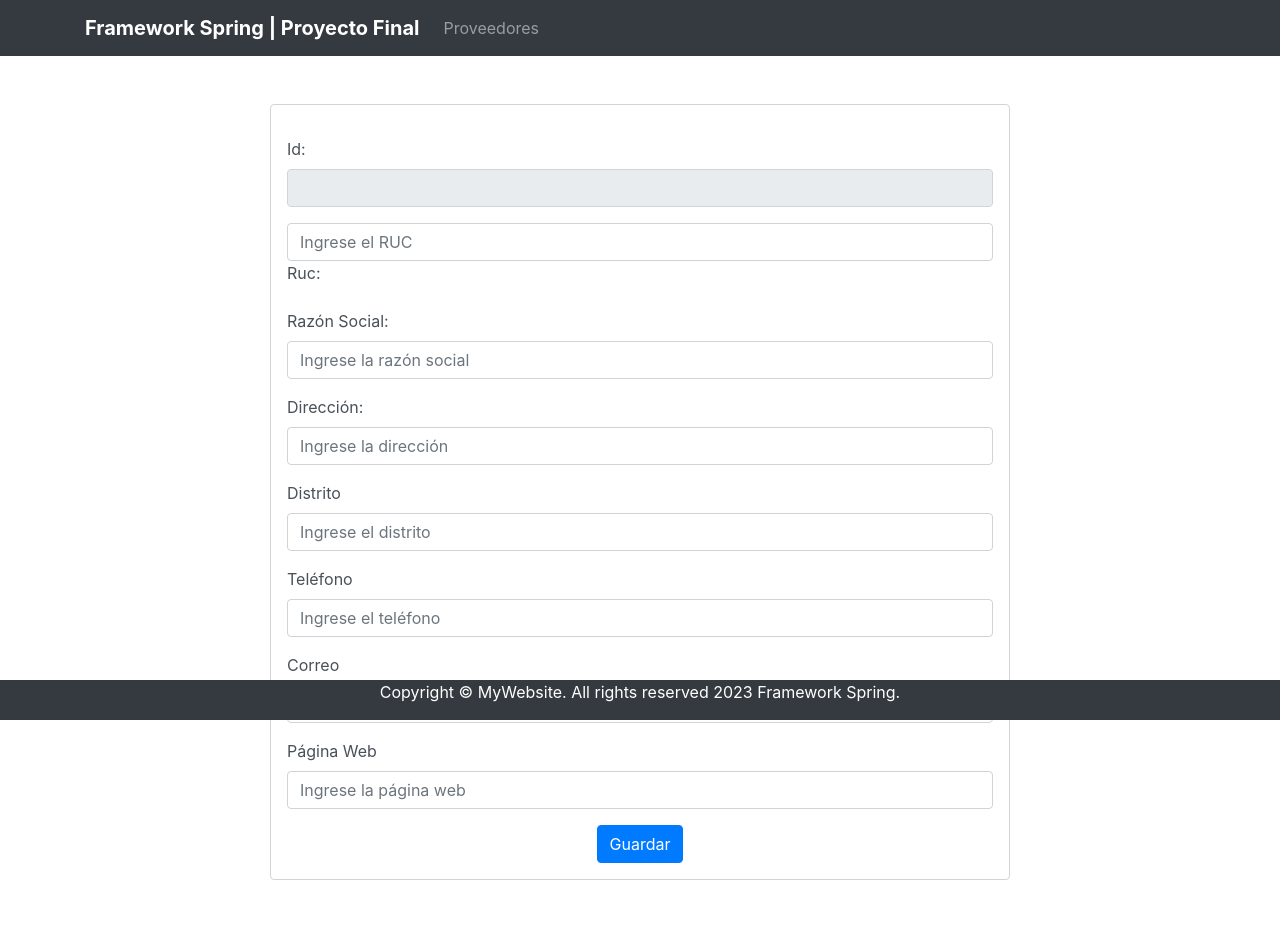
Repository: jeanyantas/proyecto-final-spring
Page: http://localhost/frmEditar
The author's editor kept a copy of each file at every save. The page is drawn from the files as they stood at one save, then again after the next save.
The browser window is 1280 px wide. The pictures show the whole page.
The page is this project's Thymeleaf template; nobody is signed in. The template is opened directly, without the code that normally fills it, so the values that code supplies are empty.

Above is the page before, as saved 2023-01-15 22:01:48.

After the next save:
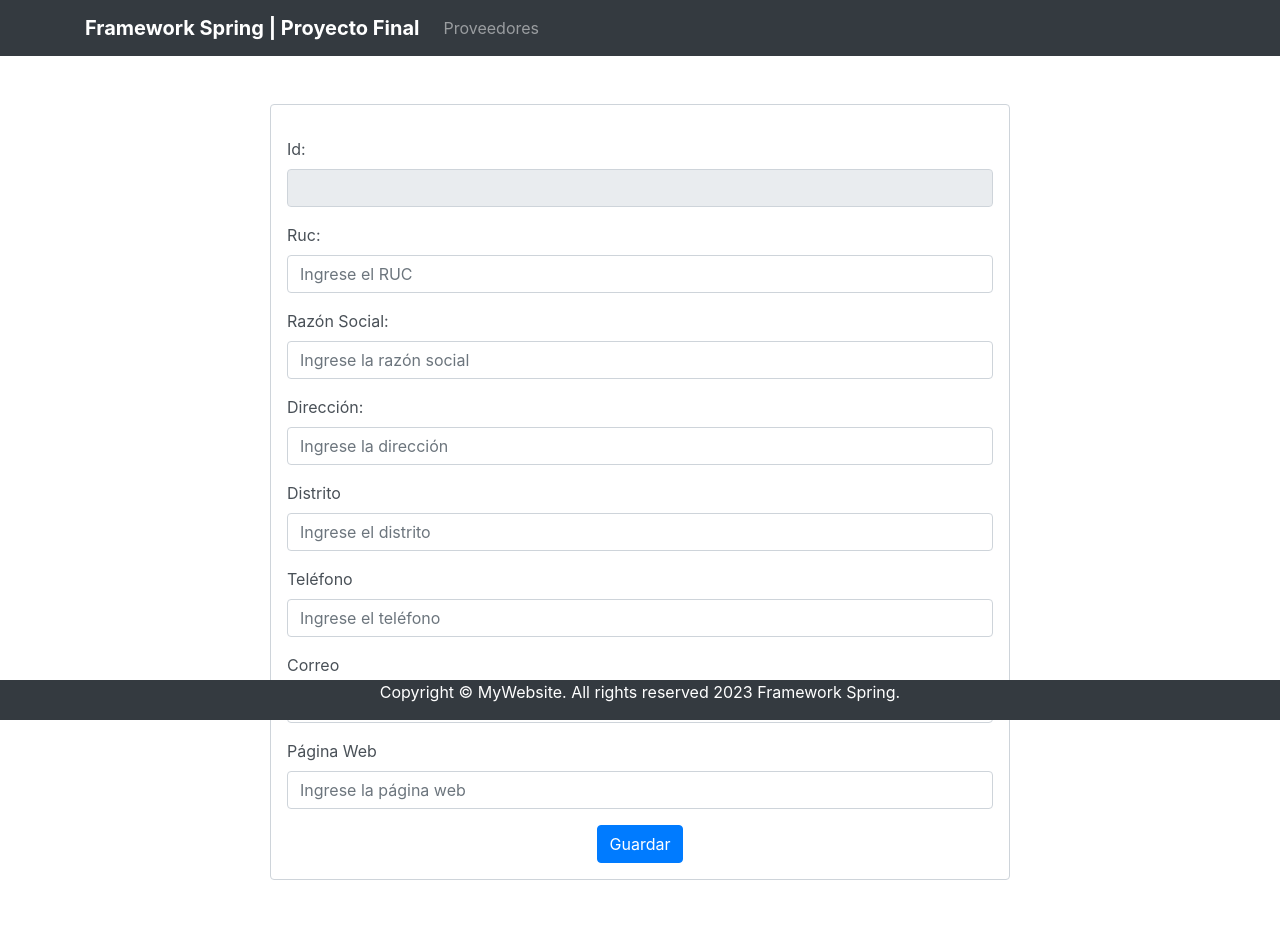
Saved 65 s later.
--- a/moduloProveedor/src/main/resources/templates/frmEditar.html
+++ b/moduloProveedor/src/main/resources/templates/frmEditar.html
@@ -12,9 +12,9 @@
 						<label for="id">Id:</label>
 						<input type="text" readonly th:field="*{id}" class="form-control" id="id">
 					</div>
-					<div class="form-floating mb-3">
+					<div class="mb-3">
+						<label for="ruc">Ruc:</label>
 						<input type="text" th:field="*{ruc}" class="form-control" id="ruc" placeholder="Ingrese el RUC">
-						<label for="ruc">Ruc:</label>
 					</div>
 					<div class="mb-3">
 						<label for="razonSocial">Raz&oacute;n Social:</label>
